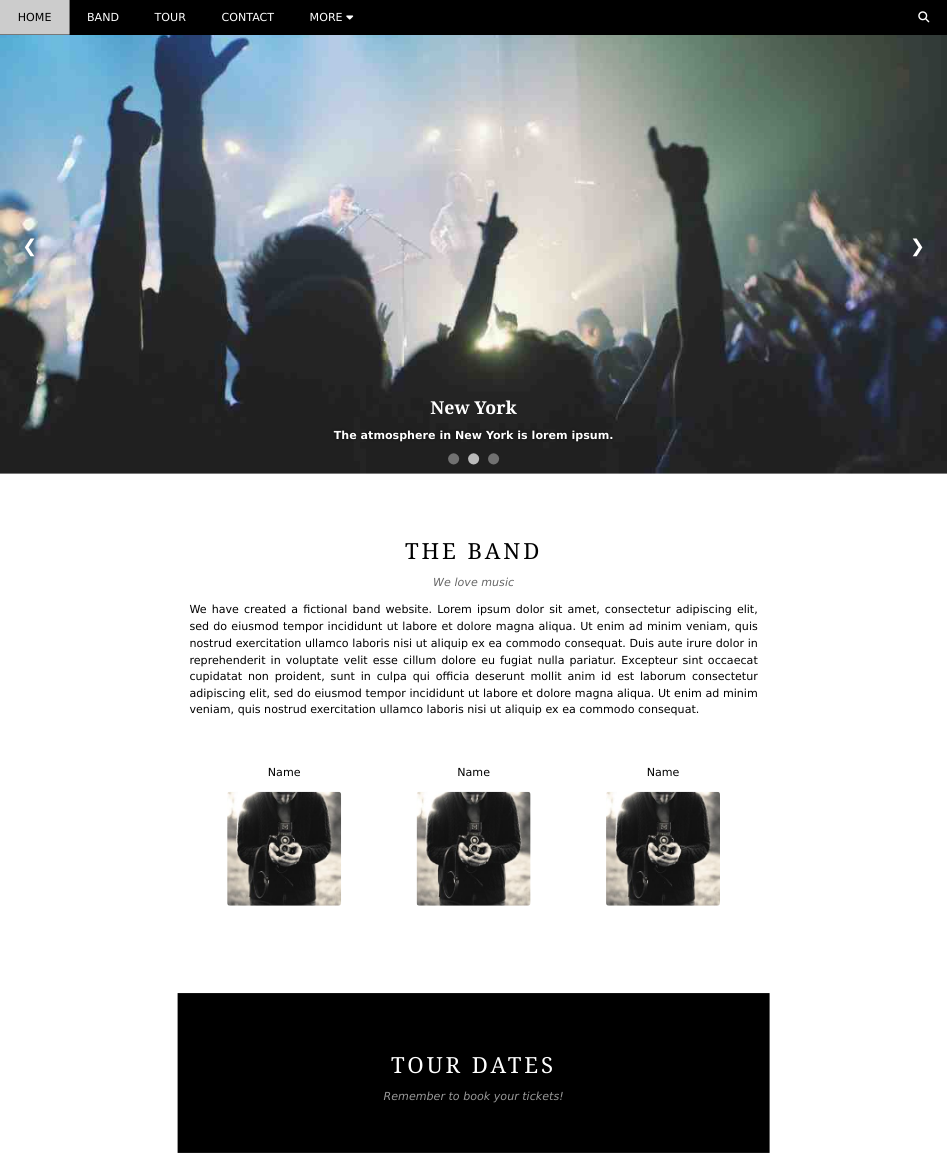
Repository: tam1512/The-Band
Page: index.html
An editor plug-in stored every save of this project. The page is shown before and after the next save, followed by the edit.
The browser window is 1280 px wide. The pictures show the whole page, at 74% of full size.
Some web libraries are served in a nearby version.

Above is the page before, as saved 2022-07-23 15:14:55.

After the next save:
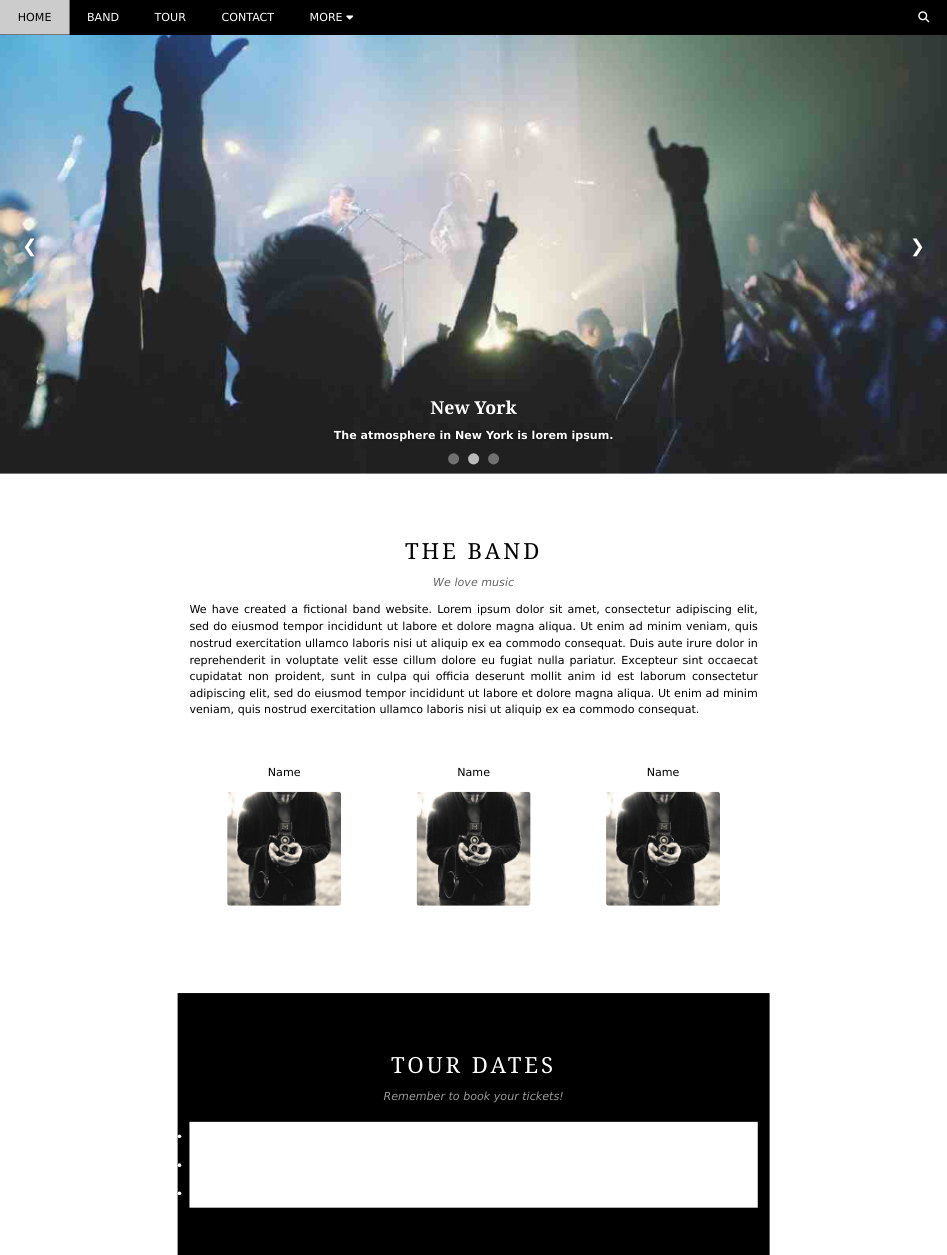
Saved 14 s later.
--- a/index.html
+++ b/index.html
@@ -106,6 +106,12 @@
           <div class="padding-64-16 text-center text-white">
             <h2 class="tilte fz-30 margin-10-0">TOUR DATES</h2>
             <p><i class="sub-title">Remember to book your tickets!</i></p>
+            <br>
+            <ul class="backgroud-white">
+              <li class="padding-8-16"></li>
+              <li class="padding-8-16"></li>
+              <li class="padding-8-16"></li>
+            </ul>
           </div>
         </div>
       </div>
